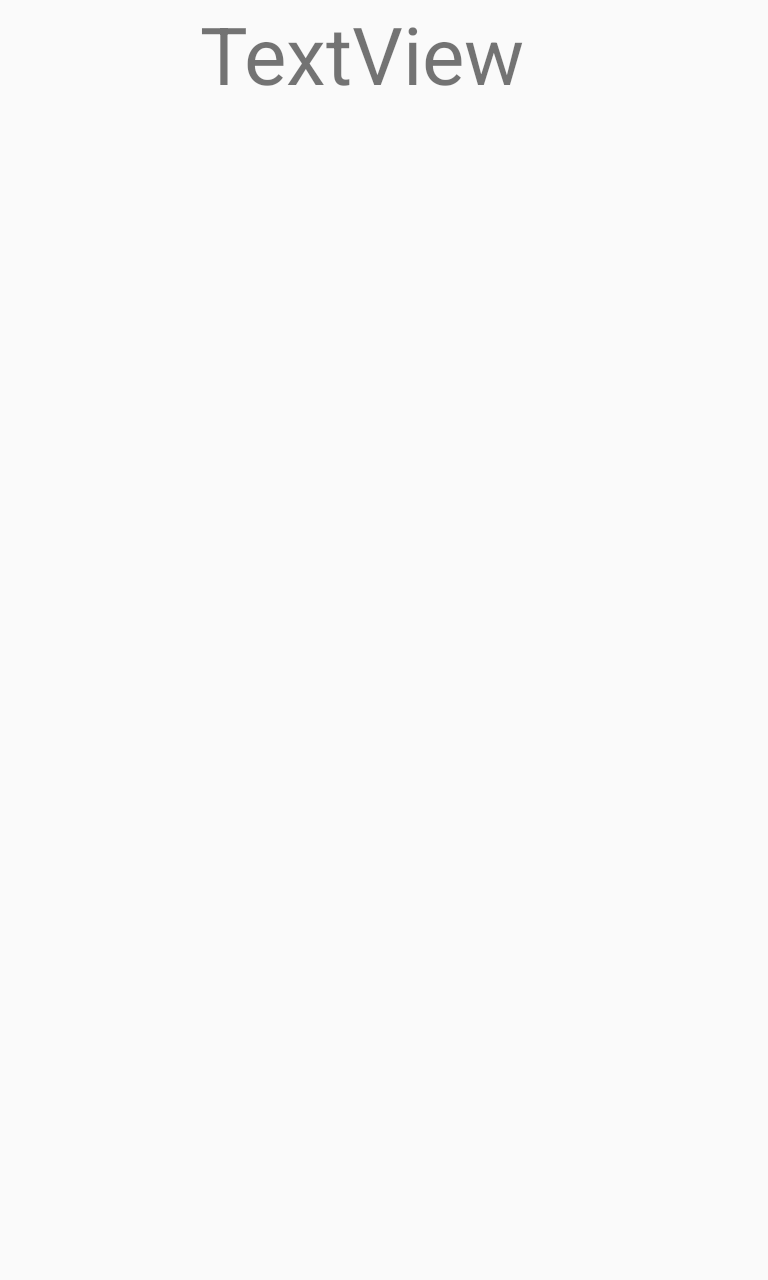
Repository: yuzhehu/workspace-androids
Layout: MyFirstApplication/res/layout/second_view.xml
The author's editor kept a copy of each file at every save. The layout is drawn from the files as they stood at one save, then again after the next save.
It is drawn on a 768 x 1280 px phone screen (xhdpi) without system bars, with theme AppTheme; the app's code is not run.

Above is the layout before, as saved 2014-09-11 19:35:52.

After the next save:
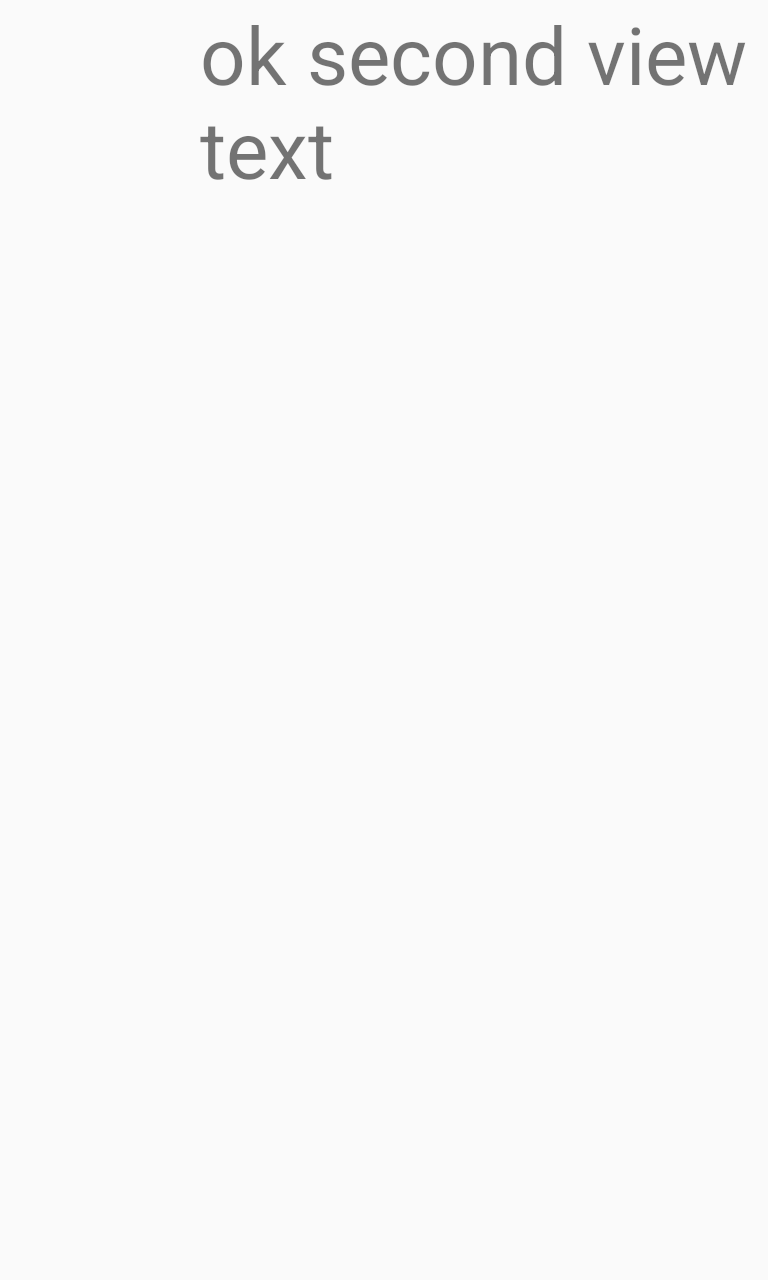
Saved 63 s later.
--- a/MyFirstApplication/res/layout/second_view.xml
+++ b/MyFirstApplication/res/layout/second_view.xml
@@ -8,9 +8,9 @@
         android:id="@+id/textView1"
         android:layout_width="wrap_content"
         android:layout_height="wrap_content"
-        android:layout_margintTop ="80dp"
         android:layout_marginLeft="100dp"
-        android:textSize="40sp"
-        android:text="TextView" />
+        android:layout_margintTop="80dp"
+        android:text="ok second view text"
+        android:textSize="40sp" />
 
 </LinearLayout>
